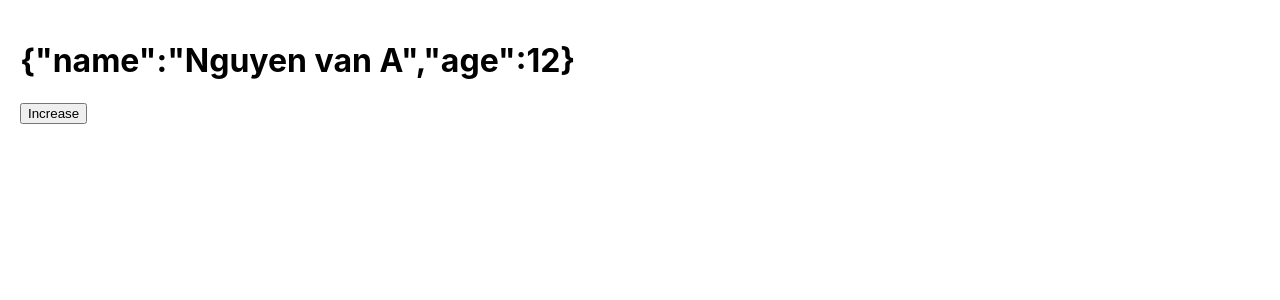
Repository: ducthanglinh/tiktok-clone
Page: /
These files come from the project's save history. The page is drawn as it stood at one moment and after the next save; the edit follows.
The browser window is 1280 px wide. The pictures show the whole page.
The project was rebuilt for these pictures with package versions that can differ from the ones it lists, and the page was loaded fresh each time.

Above is the page before, as saved 2022-09-23 18:52:13.

### src/App.js
import { useState } from "react";
function App() {
  const [curInfo, setInfo] = useState({ name: "Nguyen van A", age: 12 });
  const handleIncrease = () => {
    setInfo({
      ...curInfo,
      bio: "Yeu mau hong",
    });
  };
  return (
    <div className="App" style={{ padding: 20 }}>
      <h1>{JSON.stringify(curInfo)}</h1>
      <button onClick={handleIncrease}>Increase</button>
    </div>
  );
}

export default App;

Loaded but not shown: public/index.html (common file); src/index.js (common file); src/index.css (common file); src/reportWebVitals.js (common file)

After the next save:
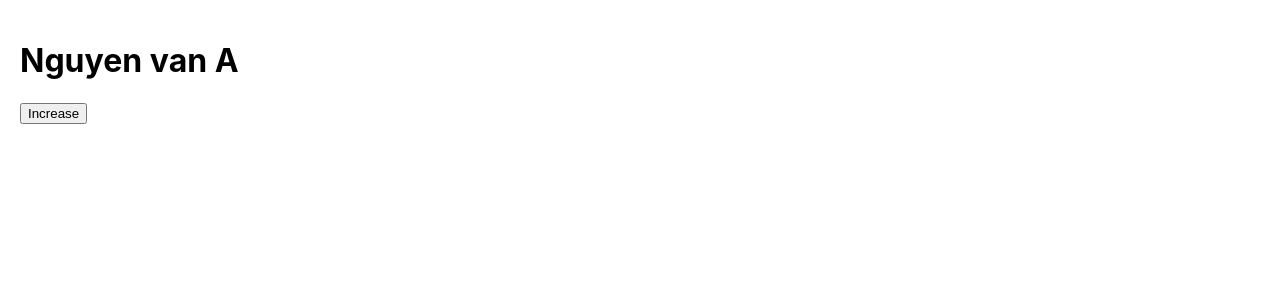
Saved 29 s later.
--- a/src/App.js
+++ b/src/App.js
@@ -9,7 +9,7 @@ function App() {
   };
   return (
     <div className="App" style={{ padding: 20 }}>
-      <h1>{JSON.stringify(curInfo)}</h1>
+      <h1>{curInfo.name}</h1>
       <button onClick={handleIncrease}>Increase</button>
     </div>
   );
